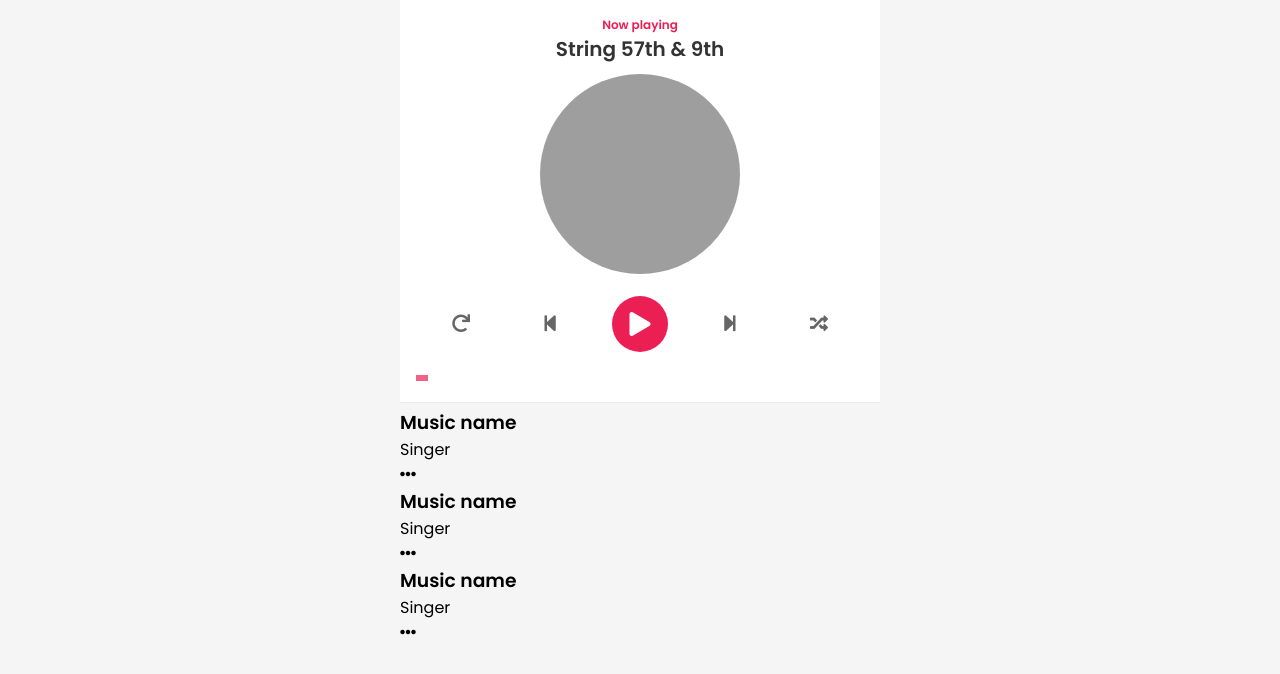
Repository: NBlue/Music_Player
Page: index.html
An editor plug-in stored every save of this project. The page is shown before and after the next save, followed by the edit.
The browser window is 1280 px wide. The pictures show the whole page.
Pictures or frames that could not be fetched are drawn as grey boxes.

Above is the page before, as saved 2021-10-12 23:07:00.

### index.html
<!DOCTYPE html>
<html lang="en">
    <head>
        <meta charset="UTF-8" />
        <meta http-equiv="X-UA-Compatible" content="IE=edge" />
        <meta name="viewport" content="width=device-width, initial-scale=1.0" />
        <title>Music player</title>
        <link
            rel="stylesheet"
            href="https://cdnjs.cloudflare.com/ajax/libs/font-awesome/5.15.2/css/all.min.css"
            integrity="sha512-HK5fgLBL+xu6dm/Ii3z4xhlSUyZgTT9tuc/hSrtw6uzJOvgRr2a9jyxxT1ely+B+xFAmJKVSTbpM/CuL7qxO8w=="
            crossorigin="anonymous"
        />
        <link rel="preconnect" href="https://fonts.gstatic.com" />
        <link
            href="https://fonts.googleapis.com/css2?family=Poppins:wght@300;400;600&display=swap"
            rel="stylesheet"
        />

        <link rel="stylesheet" href="./assets/css/style.css" />
    </head>
    <body>
        <div class="player">
            <!-- Dashboard - Bảng điều khiển -->
            <div class="dashboard">
                <!-- Header -->
                <header>
                    <h4>Now playing</h4>
                    <h2>String 57th & 9th</h2>
                </header>

                <!-- CD -->
                <div class="cd">
                    <div
                        class="cd-thumb"
                        style="
                            background-image: url(https://i.ytimg.com/vi/jTLhQf5KJSc/maxresdefault.jpg);
                        "
                    ></div>
                </div>

                <!-- Control -->
                <div class="control">
                    <div class="btn btn-repeat">
                        <i class="fas fa-redo"></i>
                    </div>
                    <div class="btn btn-prev">
                        <i class="fas fa-step-backward"></i>
                    </div>
                    <div class="btn btn-toggle-play">
                        <i class="fas fa-pause icon-pause"></i>
                        <i class="fas fa-play icon-play"></i>
                    </div>
                    <div class="btn btn-next">
                        <i class="fas fa-step-forward"></i>
                    </div>
                    <div class="btn btn-random">
                        <i class="fas fa-random"></i>
                    </div>
                </div>

                <input
                    type="range"
                    id="progress"
                    class="progress"
                    value="0"
                    step="1"
                    min="0"
                    max="100"
                />

                <audio src="" id="audio"></audio>
            </div>

            <!-- Playlist -->
            <div class="playlist">
                <div class="song">
                    <div
                        class="thumb"
                        style="
                            background-image: url(https://i.ytimg.com/vi/jTLhQf5KJSc/maxresdefault.jpg);
                        "
                    ></div>
                    <div class="body">
                        <h3 class="title">Music name</h3>
                        <p class="author">Singer</p>
                    </div>
                    <div class="option">
                        <i class="fas fa-ellipsis-h"></i>
                    </div>
                </div>
                <div class="song">
                    <div
                        class="thumb"
                        style="
                            background-image: url(https://i.ytimg.com/vi/jTLhQf5KJSc/maxresdefault.jpg);
                        "
                    ></div>
                    <div class="body">
                        <h3 class="title">Music name</h3>
                        <p class="author">Singer</p>
                    </div>
                    <div class="option">
                        <i class="fas fa-ellipsis-h"></i>
                    </div>
                </div>
                <div class="song">
                    <div
                        class="thumb"
                        style="
                            background-image: url(https://i.ytimg.com/vi/jTLhQf5KJSc/maxresdefault.jpg);
                        "
                    ></div>
                    <div class="body">
                        <h3 class="title">Music name</h3>
                        <p class="author">Singer</p>
                    </div>
                    <div class="option">
                        <i class="fas fa-ellipsis-h"></i>
                    </div>
                </div>
            </div>
        </div>
    </body>
</html>

### assets/css/style.css
:root {
    --primary-color: #ec1f55;
    --text-color: #333;
}

* {
    padding: 0;
    margin: 0;
    box-sizing: inherit;
}

body {
    background-color: #f5f5f5;
}

html {
    box-sizing: border-box;
    font-family: "Poppins", sans-serif;
}

.player {
    position: relative;
    max-width: 480px;
    margin: 0 auto;
}

.player .icon-pause {
    display: none;
}

.player.playing .icon-pause {
    display: inline-block;
}

.player.playing .icon-play {
    display: none;
}

.dashboard {
    padding: 16px 16px 14px;
    background-color: #fff;
    position: fixed;
    top: 0;
    width: 100%;
    max-width: 480px;
    border-bottom: 1px solid #ebebeb;
}

/* HEADER */
header {
    text-align: center;
    margin-bottom: 10px;
}

header h4 {
    color: var(--primary-color);
    font-size: 12px;
}

header h2 {
    color: var(--text-color);
    font-size: 20px;
}

/* CD */
.cd {
    display: flex;
    margin: auto;
    width: 200px;
}

.cd-thumb {
    width: 100%;
    padding-bottom: 100%;
    border-radius: 50%;
    background-color: #333;
    background-size: cover;
    margin: auto;
}

/* CONTROL */
.control {
    display: flex;
    align-items: center;
    justify-content: space-around;
    padding: 18px 0 8px 0;
}

.control .btn {
    color: #666;
    padding: 18px;
    font-size: 18px;
}

.control .btn.active {
    color: var(--primary-color);
}

.control .btn-toggle-play {
    width: 56px;
    height: 56px;
    border-radius: 50%;
    font-size: 24px;
    color: #fff;
    display: flex;
    align-items: center;
    justify-content: center;
    background-color: var(--primary-color);
}

.progress {
    width: 100%;
    height: 6px;
    -webkit-appearance: none; /*ẩn cái thanh process*/
    background: color #d3d3d3;
    outline: none;
    opacity: 0.7;
    -webkit-transition: 0.2s;
    transition: opacity 0.2s;
}

.progress::-webkit-slider-thumb {
    /* Css cho cái nút tròn tròn thành hình khác: thumb - ngón tay*/
    -webkit-appearance: none;
    appearance: none;
    width: 12px;
    height: 6px;
    background-color: var(--primary-color);
    cursor: pointer;
}

/* PLAYLIST */
.playlist {
    margin-top: 408px;
}

.song {
    /* display: flex;
    align-items: center; */
}
.thumb {
}
.body {
}
.title {
}
.author {
}
.option {
}
.fa-ellipsis-h {
}
.btn.btn-repeat {
}
.fas.fa-redo {
}
.btn.btn-prev {
}
.fas.fa-step-backward {
}
.btn.btn-toggle-play {
}
.fas.fa-pause.icon-pause {
}
.fas.fa-play.icon-play {
}
.btn.btn-next {
}
.fas.fa-step-forward {
}
.btn.btn-random {
}
.fas.fa-random {
}
.fas.fa-ellipsis-h {
}

After the next save:
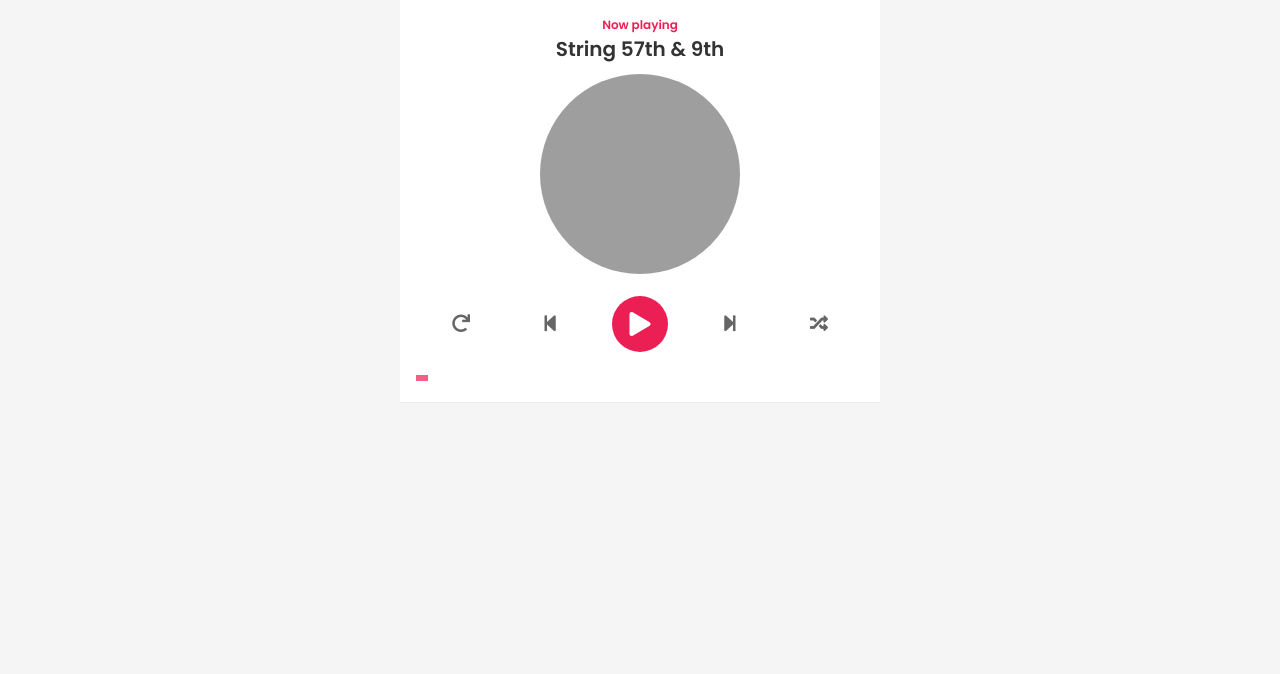
Saved 25 s later.
--- a/assets/css/style.css
+++ b/assets/css/style.css
@@ -131,7 +131,7 @@
 
 /* PLAYLIST */
 .playlist {
-    margin-top: 408px;
+    /* margin-top: 408px; */
 }
 
 .song {

After the save that followed:
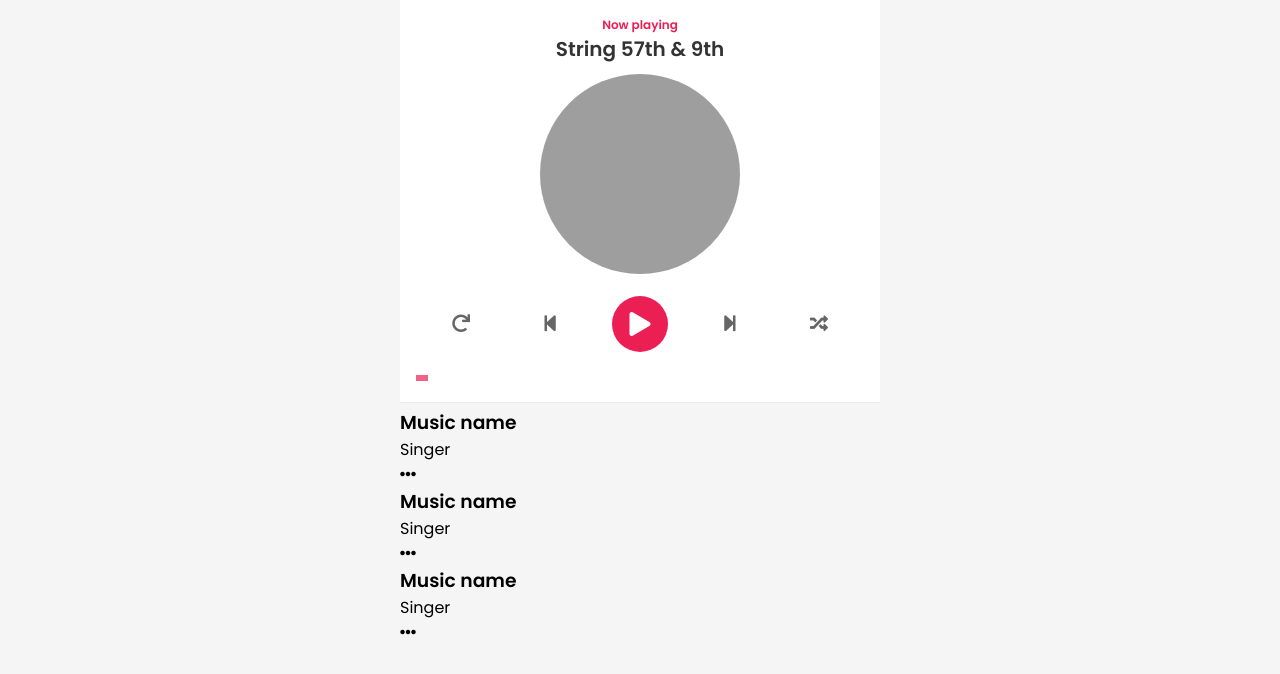
Saved 16 s later.
--- a/assets/css/style.css
+++ b/assets/css/style.css
@@ -131,7 +131,7 @@
 
 /* PLAYLIST */
 .playlist {
-    /* margin-top: 408px; */
+    margin-top: 408px;
 }
 
 .song {
